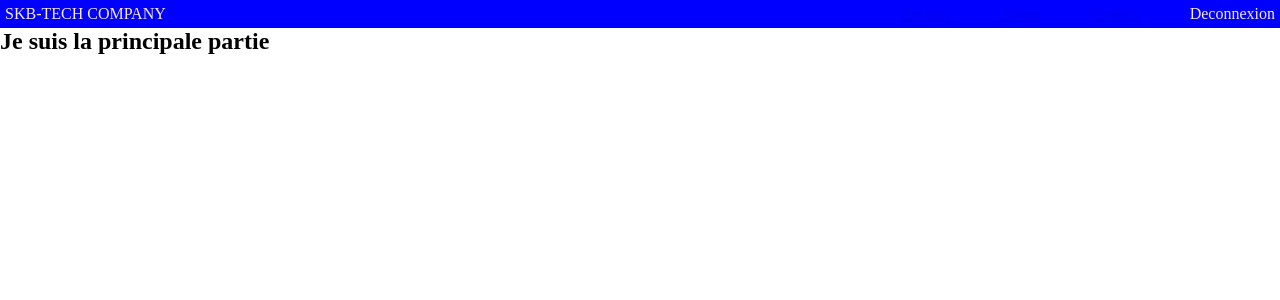
Repository: SKB-TECH/projetExpress
Page: http://localhost/
An editor plug-in stored every save of this project. The page is shown before and after the next save, followed by the edit.
The browser window is 1280 px wide. The pictures show the whole page.
The page is served by the project's Node server (server.js).

Above is the page before, as saved 2022-10-21 15:20:22.

After the next save:
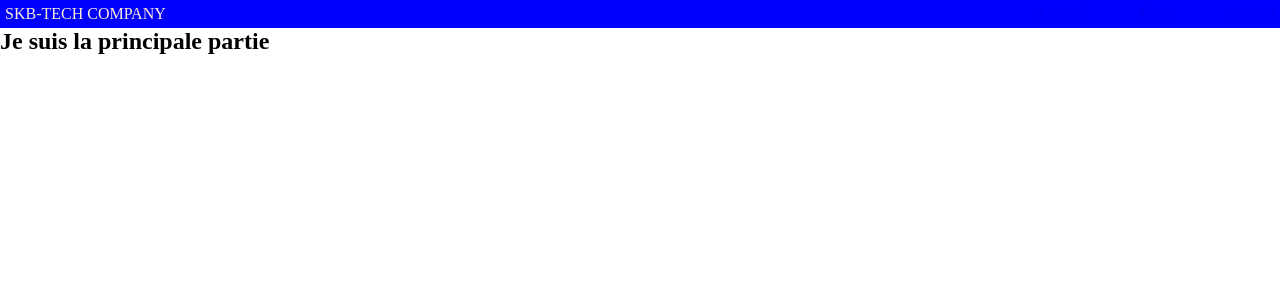
Saved 11 s later.
--- a/views/includes/header.ejs
+++ b/views/includes/header.ejs
@@ -25,7 +25,6 @@
           <li><a href="/">Acceuil</a></li>
           <li><a href="/about">About</a></li>
           <li><a href="/contact">Contact</a></li>
-          <li>Deconnexion</li>
         </ul>
       </div>
     </nav>
